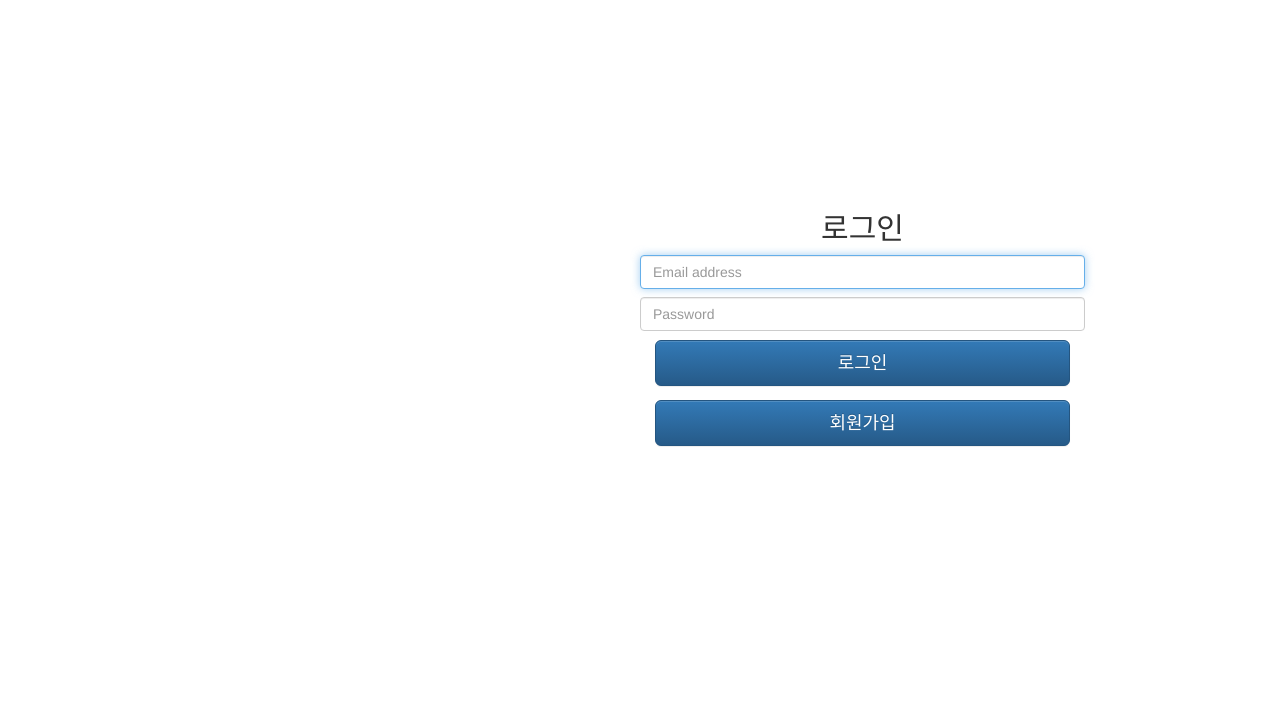
Repository: hrhwbp/Acorn-Final-Project
Page: http://localhost/final_project/index.jsp
The author's editor kept a copy of each file at every save. The page is drawn from the files as they stood at one save, then again after the next save.
The browser window is 1280 px wide. The pictures show the whole page.
Some web libraries are served in a nearby version. The page is served by Tomcat 9. Nobody is signed in. The application's start-up code is not run.

Above is the page before, as saved 2016-10-26 04:09:15.

After the next save:
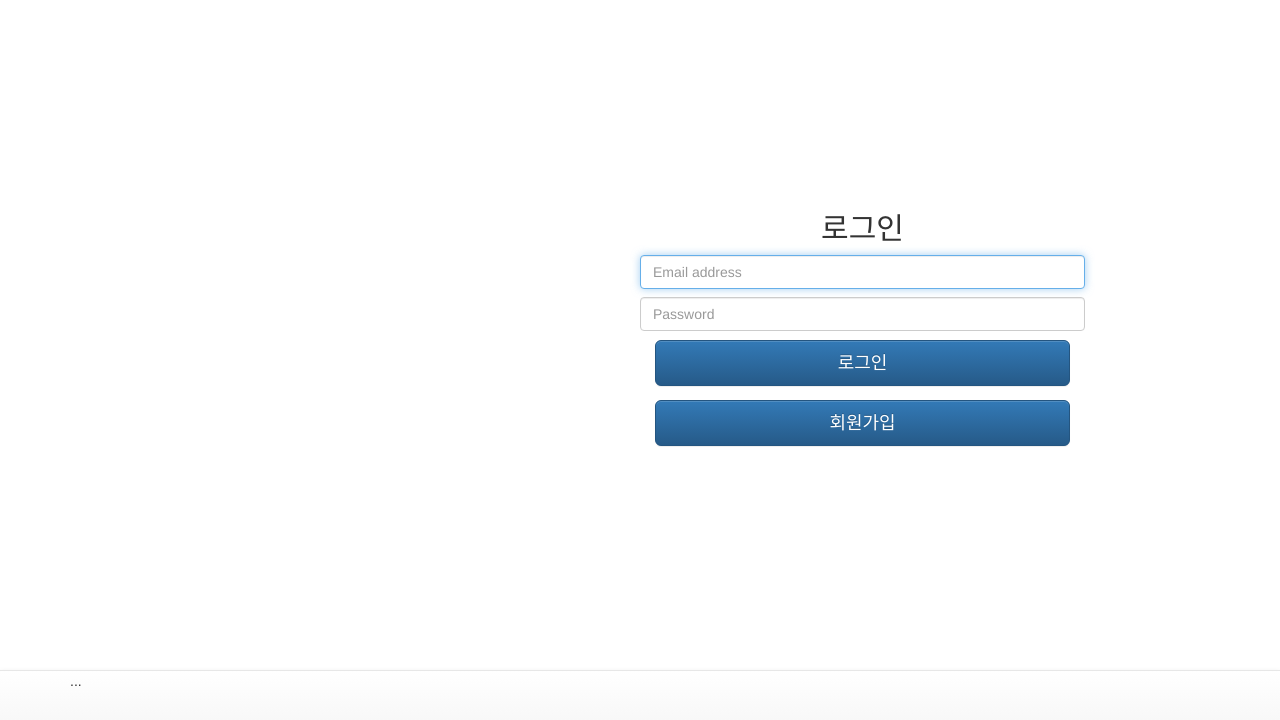
Saved 26 s later.
--- a/final_project/src/main/webapp/index.jsp
+++ b/final_project/src/main/webapp/index.jsp
@@ -57,4 +57,5 @@
 		</div>
 	</div>
 </body>
+<%@include file="bottom.jsp" %>
 </html>
